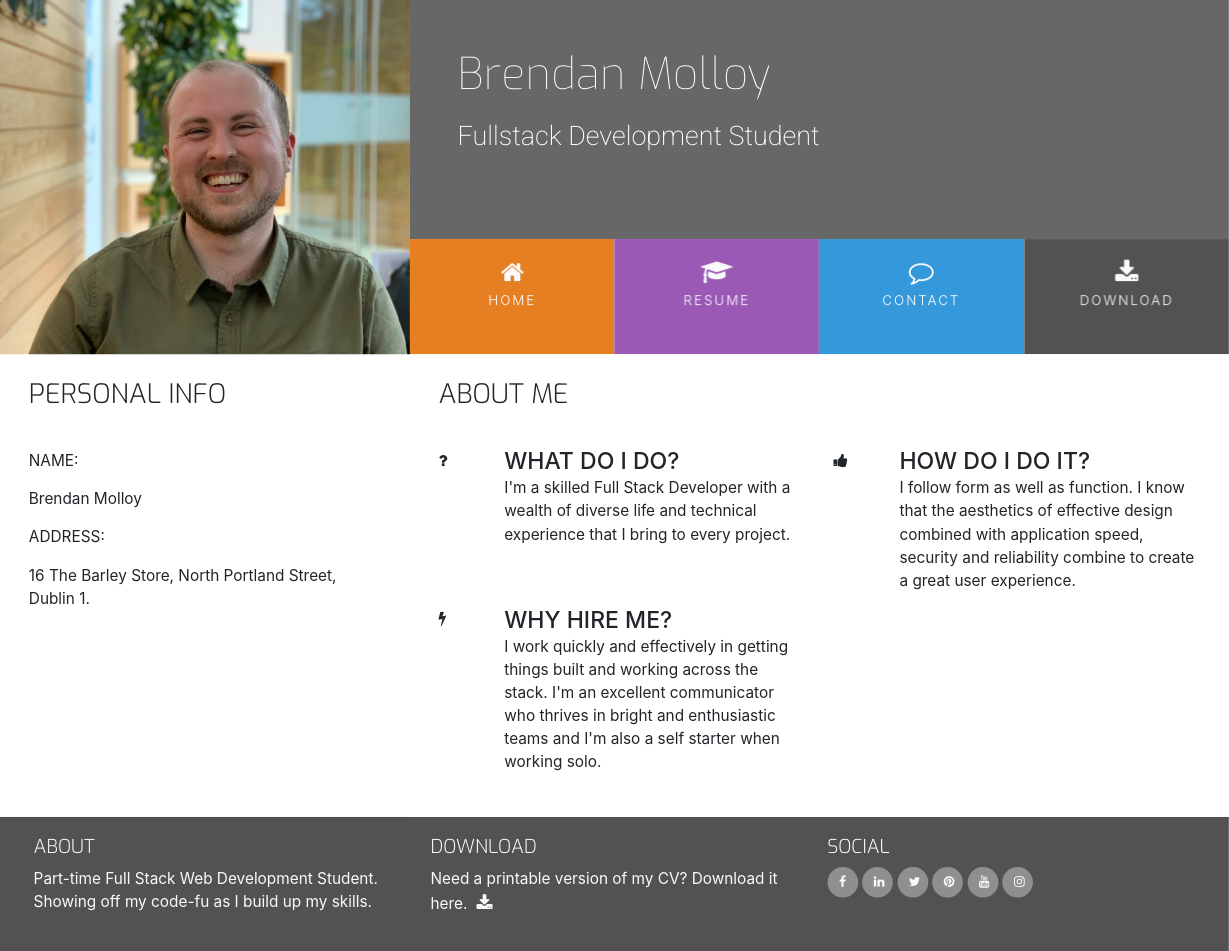
Repository: BrendanMolloy/my-web-cv
Page: index.html
The author's editor kept a record of every edit. The page is drawn from the files as they stood at one moment, then again after the next edit.
The browser window is 1280 px wide. The pictures show the whole page, at 96% of full size.

Above is the page before.

### index.html
<!DOCTYPE html>
<html lang="en">

<head>
    <meta charset="UTF-8">
    <meta name="viewport" content="width=device-width, initial-scale=1.0">
    <meta http-equiv="X-UA-Compatible" content="ie=edge">
    <link rel="stylesheet" href="https://stackpath.bootstrapcdn.com/bootstrap/4.3.1/css/bootstrap.min.css" type="text/css" />
    <link rel="stylesheet" href="https://stackpath.bootstrapcdn.com/font-awesome/4.7.0/css/font-awesome.min.css" type="text/css" />
    <link rel="stylesheet" href="https://cdnjs.cloudflare.com/ajax/libs/hover.css/2.3.1/css/hover-min.css" type="text/css" />
    <link rel="stylesheet" href="assets/css/style.css" type="text/css" />
    <title>Brendan Molloy</title>
</head>

<body>
    <header>
        <div class="row no-gutters">
            <a href="index.html" class="col-md-4 logo">

            </a>
            <div class="col-md-8">
                <div class="row bg-color-name-title no-gutters">
                    <div class="col heading">
                        <h1 class="name">Brendan Molloy</h1>
                        <h2 class="title">Fullstack Development Student</h2>
                    </div>
                </div>
                <div class="row no-gutters">
                    <div class="col">
                        <ul id=nav class="list-inline menucontainer">
                            <li class="col-6 col-sm-3 ui-menu-color-home list-inline-item menuitem">
                                <a href="#" class="hvr-sweep-to-bottom"><i class="fa fa-home" aria-hidden="true"></i><span>Home</span></a>
                            </li>
                            <li class="col-6 col-sm-3 ui-menu-color-resume list-inline-item menuitem">
                                <a href="#" class="hvr-sweep-to-bottom"><i class="fa fa-graduation-cap" aria-hidden="true"></i><span>Resume</span></a>
                            </li>
                            <li class="col-6 col-sm-3 ui-menu-color-contact list-inline-item menuitem">
                                <a href="#" class="hvr-sweep-to-bottom"><i class="fa fa-comment-o" aria-hidden="true"></i><span>Contact</span></a>
                            </li>
                            <li class="col-6 col-sm-3 ui-menu-color-download list-inline-item menuitem">
                                <a href="#" class="hvr-sweep-to-bottom"><i class="fa fa-download" aria-hidden="true"></i><span>Download</span></a>
                            </li>
                        </ul>
                    </div>
                </div>
            </div>
        </div>
    </header>
    <section class="container-fluid">
        <div class="row">
            <div class="col-md-4 bg-color-personal-info section-column">
                <div class="row">
                    <div class="col-12">
                        <h3 class="section-heading uppercase">
                            Personal Info
                        </h3>
                    </div>
                </div>
                <div class="personal-info-item">
                    <div class="key">
                        <p class="uppercase">
                            Name:
                        </p>
                    </div>
                    <div class="value">
                        <p>
                            Brendan Molloy
                        </p>
                    </div>
                </div>
                <div class="personal-info-item">
                    <div class="key">
                        <p class="uppercase">
                            Address:
                        </p>
                    </div>
                    <div class="value">
                        <p>
                            16 The Barley Store, North Portland Street, Dublin 1.
                        </p>
                    </div>
                </div>
            </div>
            <div class="col-md-8 bg-color-three-reasons section-column">
                <div class="row">
                    <div class="col">
                        <h3 class="section-heading uppercase">About Me</h3>
                    </div>
                </div>
                <div class="row">
                    <div class="col-10 offset-1 offset-sm-0 col-sm-4 col-md-6">
                        <div class="row">
                            <div class="col-2">
                                <i class="three-reasons-icon fa fa-question" aria-hidden="true"></i>
                            </div>
                            <div class="col-10">
                                <h4 class="three-reasons-heading uppercase">What do I do?</h4>
                                <p>
                                    I'm a skilled Full Stack Developer with a wealth of diverse life and technical experience that I bring to every project.
                                </p>
                            </div>
                        </div>
                    </div>
                    <div class="col-10 offset-1 offset-sm-0 col-sm-4 col-md-6">
                        <div class="row">
                            <div class="col-2">
                                <i class="three-reasons-icon fa fa-thumbs-up" aria-hidden="true"></i>
                            </div>
                            <div class="col-10">
                                <h4 class="three-reasons-heading uppercase">How do I do it?</h4>
                                <p>
                                    I follow form as well as function. I know that the aesthetics of effective design combined with application speed, security and reliability combine to create a great user experience.
                                </p>
                            </div>
                        </div>
                    </div>
                    <div class="col-10 offset-1 offset-sm-0 col-sm-4 col-md-6">
                        <div class="row">
                            <div class="col-2">
                                <i class="three-reasons-icon fa fa-bolt" aria-hidden="true"></i>
                            </div>
                            <div class="col-10">
                                <h4 class="three-reasons-heading uppercase">Why hire me?</h4>
                                <p>
                                    I work quickly and effectively in getting things built and working across the stack. I'm an excellent communicator who thrives in bright and enthusiastic teams and I'm also a self starter when working solo.
                                </p>
                            </div>
                        </div>
                    </div>
                </div>
            </div>
        </div>
    </section>
    <footer class="container-fluid">
        <div class="row" id="footer-details">
            <div class="col-sm-4">
                <h5 class="uppercase general-sub">About</h5>
                <p class="inline-block">
                    Part-time Full Stack Web Development Student. Showing off my code-fu as I build up my skills.
                </p>
            </div>
            <div class="col-sm-4">
                <h5 class="uppercase general-sub">Download</h5>
                <p class="inline-block">
                    Need a printable version of my CV? Download it here.
                    <a href="#" target="_blank" class="cv-pdf">
                        <i class="fa fa-download" aria-hidden="true"></i>
                        <span class="sr-only">Download link.</span>
                    </a>
                </p>
            </div>
            <div class="col-sm-4">
                <h5 class="uppercase general-sub">Social</h5>
                <ul class="list-inline social-links">
                    <li class="list-inline-item">
                        <a target="_blank" href="#">
                            <i class="fa fa-facebook" aria-hidden="true"></i>
                            <span class="sr-only">Facebook</span>
                        </a>
                    </li>
                    <li class="list-inline-item">
                        <a target="_blank" href="#">
                            <i class="fa fa-linkedin" aria-hidden="true"></i>
                            <span class="sr-only">LinkedIn</span>
                        </a>
                    </li>
                    <li class="list-inline-item">
                        <a target="_blank" href="#">
                            <i class="fa fa-twitter" aria-hidden="true"></i>
                            <span class="sr-only">Twitter</span>
                        </a>
                    </li>
                    <li class="list-inline-item">
                        <a target="_blank" href="#">
                            <i class="fa fa-pinterest" aria-hidden="true"></i>
                            <span class="sr-only">Pinterest</span>
                        </a>
                    </li>
                    <li class="list-inline-item">
                        <a target="_blank" href="#">
                            <i class="fa fa-youtube" aria-hidden="true"></i>
                            <span class="sr-only">YouTube</span>
                        </a>
                    </li>
                    <li class="list-inline-item">
                        <a target="_blank" href="#">
                            <i class="fa fa-instagram" aria-hidden="true"></i>
                            <span class="sr-only">Instagram</span>
                        </a>
                    </li>
                </ul>
            </div>
        </div>
    </footer>
</body>

</html>

### assets/css/style.css
@import url('https://fonts.googleapis.com/css?family=Roboto:100,200,300,400,500,600,700|Exo:100,200,300,400,500,600,700');

/*-----Colors-----*/

.bg-color-name-title {
    background-color: #676767;
}

.bg-color-three-reasons{
    background-color:#fff;
}

.ui-menu-color-home {
    background-color: #e67e22;
}

.ui-menu-color-resume {
    background-color: #9b59b6;
}

.ui-menu-color-contact {
    background-color: #3498db;
}

.ui-menu-color-download {
    background-color: #525252;
}

/*-----Special Paddings/Margins/Text-----*/

h1,
h2,
h3,
h4 {
    margin: 0;
}

.uppercase{
    text-transform:uppercase;
}

.general-sub{
    font-family:"Exo",sans-serif;
    font-weight:300;
    color:#fafafa;
}

.inline-block{
    display:inline-block;
}

.row-table{
    display:table;
}

.section-column{
    display:table-cell;
    padding:0 30px 30px;
    float:none;
}

.section-heading{
    font-family:"Exo", sans-serif;
    font-weight:300;
    margin-top:25px;
    margin-bottom:40px;
}

/*-----Headings-----*/

header {
    margin: 0;
}

.heading {
    margin-left: 50px;
}

.logo {
    background: url("../images/profile_pic.jpg");
    background-position: center;
    background-repeat: no-repeat;
    background-size: cover;
    min-height: 360px;
    transition: all .5s ease-in-out;
    -moz-transition: all .5s ease-in-out;
    -webkit-transition: all .5s ease-in-out;
}

.name {
    font-family: "Exo", sans-serif;
    font-weight: 100;
    font-size: 46px;
    margin-top: 50px;
    color: #fff;
}

.title {
    font-family: "Roboto", sans-serif;
    font-weight: 200;
    font-size: 28px;
    margin-top: 20px;
    margin-bottom: 90px;
    color: #fff;
}

.list-inline-item:not(:last-child) {
    margin: 0;
}

.menucontainer {
    font-size: 0;
}

#nav {
    margin: 0;
}

#nav li {
    font-size: 14px;
    padding: 0;
}

.menuitem {
    height: 120px;
    text-align: center;
    padding: 0;
}

.menuitem a {
    width: 100%;
    text-decoration: none;
    color: #fff;
    height: 120px;
}

.menuitem a i {
    padding-top: 22px;
    display: block;
    color: #fafafa;
    font-size: 26px;
}

.menuitem span {
    display: block;
    width: 100%;
    padding-top: 5px;
    text-align: center;
    text-transform: uppercase;
    font-size: 14px;
    font-weight: 300;
    letter-spacing: 2px;
}

/*-----Hover.css-----*/

.hvr-sweep-to-bottom:before {
    background-color: rgba(0, 0, 0, 0.2);
    height: 120px;
}

/*-----Footer-----*/

footer{
    background-color:#525252;
    color:#fafafa;
    min-height:120px;
    margin:0;
}

.cv-pdf i{
    font-size:18px;
    color:#fafafa;
    text-align:center;
    padding:5px;
    transition:all 0.35s ease-in-out;
    -moz-transition:all 0.35s ease-in-out;
    -webkit-transition:all 0.35s ease-in-out;
    -o-transition:all 0.35s ease-in-out;
}

.cv-pdf i:hover{
    color:#e84610;
}

.social-links{
    padding-bottom:15px;
}

.social-links li a i{
    width:32px;
    height:32px;
    padding:12px;
    border-radius:50%;
    font-size:13px;
    line-height:7px;
    text-align:center;
    color:#fafafa;
    background-color:#8f8f8f;
    transition:all 0.35s ease-in-out;
    -moz-transition:all 0.35s ease-in-out;
    -webkit-transition:all 0.35s ease-in-out;
    -o-transition:all 0.35s ease-in-out;
}

.social-links li a i:hover{
    background-color:#e84610;
}

#footer-details{
    padding:20px;
}

After the next edit:
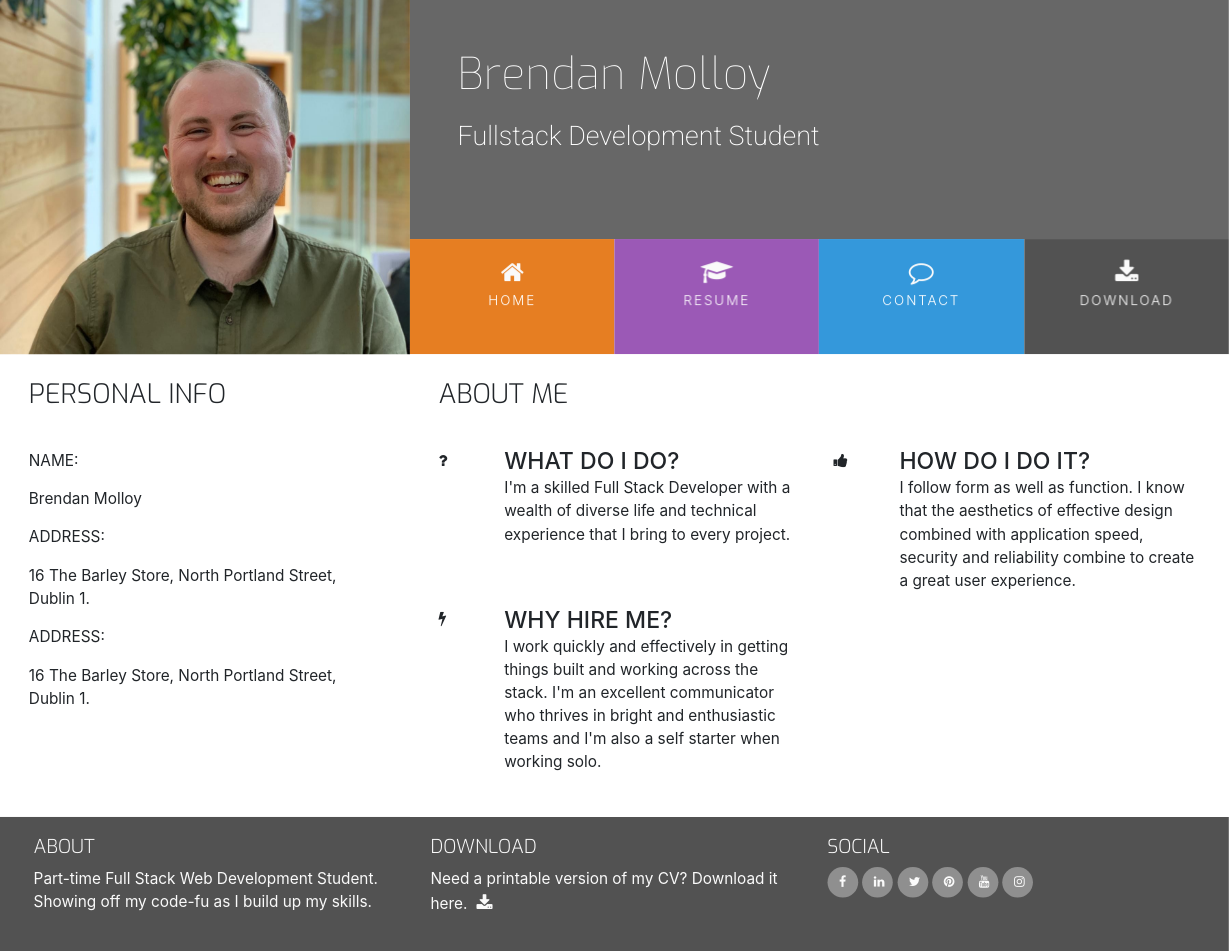
The edit:
--- a/index.html
+++ b/index.html
@@ -80,6 +80,18 @@
                         </p>
                     </div>
                 </div>
+                <div class="personal-info-item">
+                    <div class="key">
+                        <p class="uppercase">
+                            Address:
+                        </p>
+                    </div>
+                    <div class="value">
+                        <p>
+                            16 The Barley Store, North Portland Street, Dublin 1.
+                        </p>
+                    </div>
+                </div>
             </div>
             <div class="col-md-8 bg-color-three-reasons section-column">
                 <div class="row">
